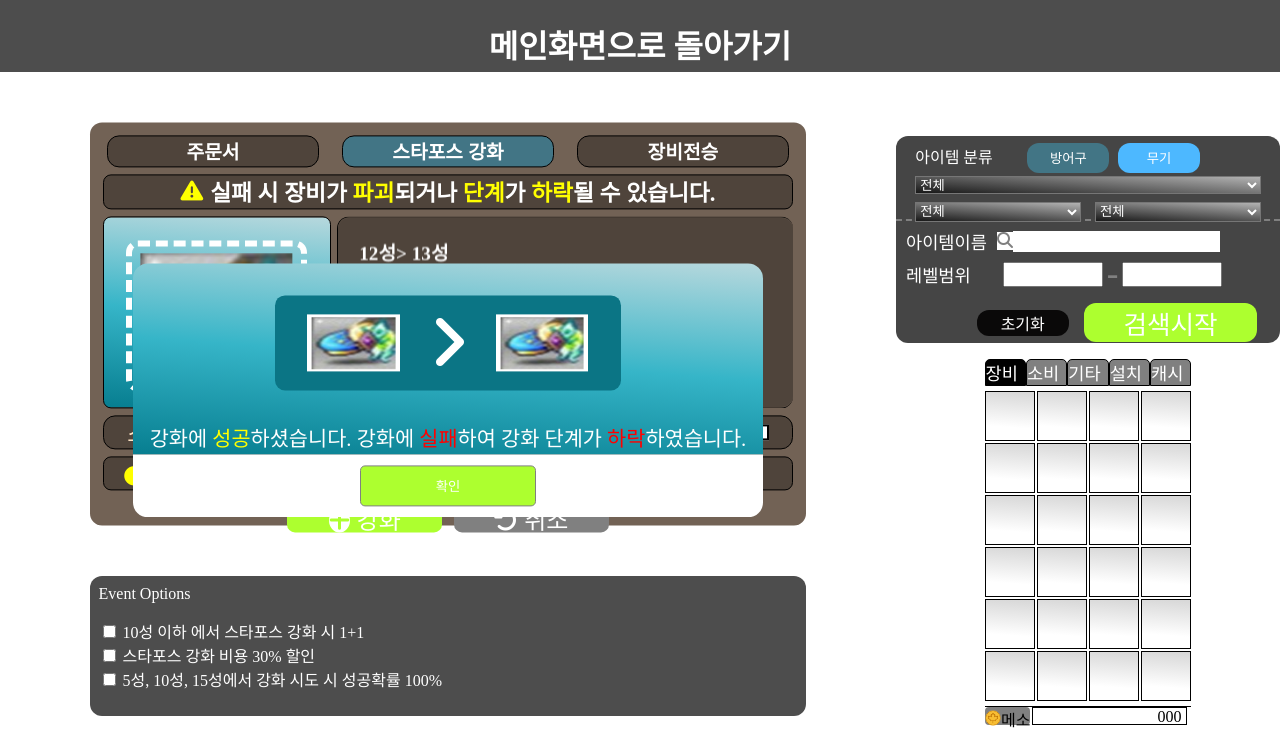
Repository: Unique0902/maple-sim
Page: starsim.html
The author's editor kept a copy of each file at every save. The page is drawn from the files as they stood at one save, then again after the next save.
The browser window is 1280 px wide. The pictures show the whole page.
Some web libraries are served in a nearby version.

Above is the page before, as saved 2022-07-19 00:43:02.

### starsim.html
<!DOCTYPE html>
<html>
  <head>
    <meta charset="utf-8" />
    <script src="https://cdn.jsdelivr.net/npm/sweetalert2@9"></script>
    <link rel="stylesheet" href="starCatchFrame.css" />
    <title>스타포스 시뮬레이터</title>
    <script
      src="https://kit.fontawesome.com/5e90eb26c9.js"
      crossorigin="anonymous"
    ></script>
    <link rel="stylesheet" href="starsim_style.css" />
    <script src="starForceLogic.js" defer></script>
    <script src="starsim_main.js" defer></script>
  </head>
  <body>
    <header>
      <a href="index.html" class="header__anchor"
        ><h1>메인화면으로 돌아가기</h1></a
      >
    </header>
    <main>
      <section class="reinforceWindow">
        <div class="reinforceBox">
          <div class="renforceBox__outerBox none">
            <div class="reinforceBox__borderBox">
              <img
                src="picture/drag.png"
                alt="dragout"
                class="reinforceBox__img"
              />
              <p class="reinforceBox__description">
                강화할 장비를<br />올려주세요.
              </p>
            </div>
          </div>
          <div class="starforceBox ">
            <div class="starforceBox__reinforceSelects">
              <button class="starforceBox__reinforceSelect">
                주문서
              </button>
              <button class="starforceBox__reinforceSelect selected">
                스타포스 강화
              </button>
              <button class="starforceBox__reinforceSelect">
                장비전승
              </button>
            </div>
            <div class="starforceBox__alertBox">
              <i class="fa-solid fa-triangle-exclamation"></i>
              <span class="alertBox__description">
                실패 시 장비가 <span class="yellow">파괴</span>되거나 <span class="yellow">단계</span>가 <span class="yellow">하락</span>될 수 있습니다.
              </span>
            </div>
            <div class="starforceBox__mainItemBlock">
              <div class="mainItemBlock__itemView">
                <div class="mainItemBlock__detailStarforce">
                  <div class="detailStarforce__lineRight"></div>
                  <div class="detailStarforce__text">10성+</div>
                  <div class="detailStarforce__lineLeft"></div>
                </div>
                <div class="mainItemBlock__borderBlock">
                  <img src="picture/archer_hat_150.jpg" alt="" class="mainItemBlock__itemImg">
                </div>
              </div>
              <div class="mainItemBlock__reinforceDescription">
                <span id="beforeStar">12</span>성> <span id="nextStar">13</span>성<br>
                성공확률: <span id="successPer">40.0</span>%<br>
                실패(<span id="minOrMain">하락</span>)확률: <span id="failPer">40.0</span>%<br>
                <span id="destroyed">파괴확률: <span id="destroyPer">40.0</span>%<br></span>
                <br>
                <span id="str">STR: +<span id="strStat">3</span><br></span>
                <span id="dex">DEX: +<span id="dexStat">3</span><br></span>
                <span id="int">INT: +<span id="intStat">3</span><br></span>
                <span id="luk">LUK: +<span id="lukStat">3</span><br></span>
                <span id="attack">공격력: +<span id="attackStat">3</span><br></span>
                <span id="magic">마력: +<span id="magicStat">3</span><br></span>
                <span id="maxHp">최대 HP: +<span id="maxHpStat">5</span><br></span>
                <span id="maxMp">최대 MP: +<span id="maxMpStat">5</span><br></span>
                <span id="defense">방어력: +<span id="defenseStat">5</span><br></span>
                <span id="speed">이동속도: +<span id="speedStat">5</span><br></span>
                <span id="jump">점프력: +<span id="jumpStat">5</span><br></span>
              </div>
            </div>
            <div class="starforceBox__starforceOptions">
              <div class="starforceOption">
                <span class="starforceOption__title">스타캐치 해제</span>
                <input type="checkbox" name="unlockStarcatch" class="starforceOption__checkBox" id="unlockStarcatch">
                <label for="unlockStarcatch"></label>
              </div>
              <div class="starforceOption">
                <span class="starforceOption__title">파괴방지</span>
                <input type="checkbox" name="preventDestruction" class="starforceOption__checkBox" id="preventDestruction">
                <label for="preventDestruction"></label>
              </div>
            </div>
            <div class="starforceBox__necessaryMoneyBlock">
              <div class="necessaryMoneyBlock__titleBox">
                <i class="fa-solid fa-circle"></i>
                <span class="necessaryMoneyBlock__title">필요한 메소:</span>
              </div>
              <div class="necessaryMoneyBlock__leftMoney">10,000</div>
            </div>
            <div class="starforceBox__reinforceBtns">
              <button class="starforceBox__reinforceBtn">
                <i class="fa-solid fa-plus"></i>
                <span class="reinforceBtn__title">강화</span>
              </button>
              <button class="starforceBox__cancelBtn">
                <i class="fa-solid fa-rotate-left"></i>
                <span class="cancelBtn__title">취소</span>
              </button>
            </div>
          </div>
          <div class="reinforceAdditionBox none">
            <div class="reinforceAdditionBox__descriptionBlock">
              <div class="reinforceAdditionBox__description">
                <span id="addition__moneyText">10000</span> 메소<br>
                <br>
                <span id="addition__diminishText">강화 실패 시 강화 단계가 하락됩니다.<br></span>
                <span id="addition__destroyAndDiminishText">강화 실패 시 장비가 파괴되거나<br>
                강화 단계가 하락될 수 있습니다.<br>
                </span>
                <span id="addition__destroyText">강화 실패 시 장비가 파괴될 수 있습니다.<br></span>
                <span id="addition__reinforceTryText">강화를 시도하시겠습니까?</span>
              </div>
            </div>
            <div class="reinforceAdditionBox__buttonsBlock">
              <button class="reinforceAdditionBox__confirmBtn">
                확인
              </button>
              <button class="reinforceAdditionBox__cancelBtn">
                취소
              </button>
            </div>
          </div>
          <div class="reinforceResultBox ">
            <div class="reinforceResultBox__mainBlock">
              <div class="reinforceResultBox__imgChangeBlock">
                <div class="imgChangeBlock__beforeBlock">
                  <img src="picture/archer_hat_150.jpg" class="beforeImg" alt="">
                </div>
                <i class="fa-solid fa-angle-right"></i>
                <div class="imgChangeBlock__afterBlock">
                  <img src="picture/archer_hat_150.jpg" class="afterImg" alt="">
                </div>
              </div>
              <div class="reinforceResultBox__description">
                <span id="resultSuccessText">강화에 <span id="yellow">성공</span>하셨습니다.</span>
                <span id="resultFailText">강화에 <span id="red">실패</span>하여 강화 단계가 <span id="red">하락</span>하였습니다.</span>
              </div>
            </div>
            <div class="reinforceResultBox__buttonsBlock">
              <button class="reinforceResultBox__confirmBtn">
                확인
              </button>
            </div>
          </div>
        </div>
      </section>
      <aside>
        <section class="itemSelectWindow">
          <div class="itemSelctWindow__optionSelect">
            <div class="optionSelect__header">
              <div class="optionSelect__title">아이템 분류</div>
              <div class="optionSelct__buttons">
                <button class="clothBtn selected">방어구</button>
                <button class="weaponBtn">무기</button>
              </div>
            </div>
            <div class="itemSlectWindow__selects">
              <div class="jobOption">
                <select name="job" id="job">
                        <option>전체</option>
                        <option>전사</option>
                        <option>마법사</option>
                        <option>궁수</option>
                        <option>도적</option>
                        <option>해적</option>
                </select>
            </div>
            <div class="itemOptions">
                <div class="itemType">
                    <select name="itemType" id="itemType">
                        <option selected>전체</option>
                        <option>방어구</option>
                        <option>장신구</option>
                        <option>기타</option>
                    </select>
                </div>
                <div class="bodyPartOption">
                    <select name="bodyPart" id="bodyPart">
                        <option selected>전체</option>
                    </select>
                </div>
            </div>
            </div>

          </div>
          <div class="line"></div>
          <div class="itemSelectWindow__nameSearch">
            <label class="nameSearch__title">아이템이름</label>
              <span class="nameSearch__searchImg"><i class="fa-solid fa-magnifying-glass"></i></span>
            <input type="search" maxlength="30" class="nameSearch__searchBlock"></input>
          </div>
          <div class="itemSelectWindow__levelLimit">
            <label class="levelLimit__title">레벨범위</label>
            <div class="levelLimit__option">
              <input type="number" class="levelLimit__frontLevel">
              <span class="levelLimit__borderline">-</span>
              <input type="number" class="levelLimit__backLevel">
            </div>
          </div>
          <div class="searchBtns">
            <button class="searchClearBtn">초기화</button>
            <button class="searchStartBtn">검색시작</button>
          </div>
        </section>
        <section class="itemWindow">
          <ul class="itemDivisions">
            <li class="itemDivision sel">장비</li>
            <li class="itemDivision">소비</li>
            <li class="itemDivision">기타</li>
            <li class="itemDivision">설치</li>
            <li class="itemDivision">캐시</li>
          </ul>
          <div class="itemWindow__items">
            <table class="items__table">

              <tbody>
                <tr id="tr1">
                  <td class="tr1" id="td1"></td>
                  <td class="tr1" id="td2"></td>
                  <td class="tr1" id="td3"></td>
                  <td class="tr1" id="td4"></td>
                </tr>
                <tr id="tr2">
                  <td class="tr2" id="td1"></td>
                  <td class="tr2" id="td2"></td>
                  <td class="tr2" id="td3"></td>
                  <td class="tr2" id="td4"></td>
                </tr>
                <tr id="tr3">
                  <td class="tr3" id="td1"></td>
                  <td class="tr3" id="td2"></td>
                  <td class="tr3" id="td3"></td>
                  <td class="tr3" id="td4"></td>
                </tr>
                <tr id="tr4">
                  <td class="tr4" id="td1"></td>
                  <td class="tr4" id="td2"></td>
                  <td class="tr4" id="td3"></td>
                  <td class="tr4" id="td4"></td>
                </tr>
                <tr id="tr5">
                  <td class="tr5" id="td1"></td>
                  <td class="tr5" id="td2"></td>
                  <td class="tr5" id="td3"></td>
                  <td class="tr5" id="td4"></td>
                </tr>
                <tr id="tr6">
                  <td class="tr6" id="td1"></td>
                  <td class="tr6" id="td2"></td>
                  <td class="tr6" id="td3"></td>
                  <td class="tr6" id="td4"></td>
                </tr>
              </tbody>
            </table>
          </div>
          <div class="itemWindow__moneyBlock">
            <span class="moneyBlock__title"
              ><img src="picture/mapleCoin-removebg-preview.png" alt="meso" class="mesoImg" />메소</span
            >
            <span class="moneyBlock__nowMoney">000</span>
          </div>
          <div class="followedItemBox">

          </div>
        </section>
      </aside>
    </main>
    <footer>
      <section class="optionWindow">
        <div class="optionWindow__title">
          Event Options
        </div>
        <ul class="reinforceEvents">
          <li class="reinforceEvent">
            <input type="checkbox" id="onePlusOne">
            <label for="onePlusOne" class="onePLusOne_label">10성
               이하 에서 스타포스 강화 시 1+1
              </label>
              </li>
              <li class="reinforceEvent">
                <input type="checkbox" id="onePlusOne">
                <label for="onePlusOne" class="onePLusOne_label">스타포스
                   강화 비용 30% 할인
                  </label>
                  </li>
                  <li class="reinforceEvent">
                    <input type="checkbox" id="onePlusOne">
                    <label for="onePlusOne" class="onePLusOne_label">5성, 10성, 15성에서 강화 시도 시 성공확률 100%
                      </label>
                      </li>
        </ul>
      </section>
    </footer>
    <section class="searchedPageWindow none">
      <div class="searchedPageWindow__header">
        <div class="searchedPageWindow__title">
          | 검색결과
        </div>
        <button class="searchedPageWindow__previousBtn"><</button>
        <div class="searchedPageWindow__pageInformation">0 / 0</div>
        <button class="searchedPageWindow__nextBtn">></button>
        <button class="searchedPageWindow__cancelBtn">X</button>
      </div>
      <div class="searchedPageWindow__itemTableSubBlock">
        <div class="itemTableSubBlock__itemName">
          아이템 이름
        </div>
        <div class="itemTableSubBlock__levelLimit">
          레벨 제한
        </div>
      </div>
      <div class="searchedPageWindow__itemTable">

      </div>
    </section>
  </body>
</html>

### starCatchFrame.css
@-webkit-keyframes move{
  from{
    top: 345px;
    left: 140px;
  }
  to{
    top: 345px;
    left: 490px;
  }
}
#starCatchFailedImage{
  display: none;
  position: relative;
  z-index: 4;
  height: 65px;
  width: 200px;
  bottom: 30px;
  left: 180px;
}
#starCatchSuccessImage{
  display: none;
  position: relative;
  z-index: 4;
  height: 65px;
  width: 200px;
  bottom: 30px;
  left: 180px;
}
#starCatchStartImage{
  display: none;
  position: relative;
  z-index: 3;
  height: 250px;
  width: 350px;
  bottom: 180px;
  left: 60px;
}
#starCatch5secondImage, #starCatch4secondImage, #starCatch3secondImage, #starCatch2secondImage, #starCatch1secondImage{
  display: none;
  position: relative;
  z-index: 3;
  height: 200px;
  width: 200px;
  bottom: 300px;
  left: 160px;
}
#starForceSuccessImage, #starForceFailedImage{
  display: none;
  position: relative;
  z-index: 4;
  height: 200px;
  width: 200px;
  bottom: 350px;
  left: 160px;
}
#starCatchGrid{
  display= grid;
  position: relative;
  z-index: 2;
  grid-template-columns: 1fr;
   grid-template-rows: 2fr 6fr 1fr 1fr;
   background-color: black;
   width:500px;
   bottom: 350px;
}
#tel{
  margin-left: 50px;
  height: 40px;
  width: 400px;
  background-color:#1E3269;
}

#starstar{
  position:absolute;
  top: 70px;
  left:100px;
  width:40px;
  height:40px;
  margin-left:-90px;
  animation: move 2s alternate both infinite running;

}
#targetZone{
  margin-left: 155px;
  background-color: #FFAA28;
  height: 40px;
  width: 80px;
}

#backback{
  background-color: skyblue;
  width: 300px;
  height: 300px;
  margin-left: 100px;

}
#description{
  background-color: white;
  border: 1px solid black;
  width: 500px;
}
#picturesajin{
  width: 200px;
  height: 200px;
  margin-top: 50px;
  margin-left: 50px;
}
#button{
  width: 116px;
      height: 46px;
}

Loaded but not shown: starsim_main.js (2035 lines, source omitted); starForceLogic.js (584 lines, source omitted); starsim_style.css (954 lines, source omitted)

After the next save:
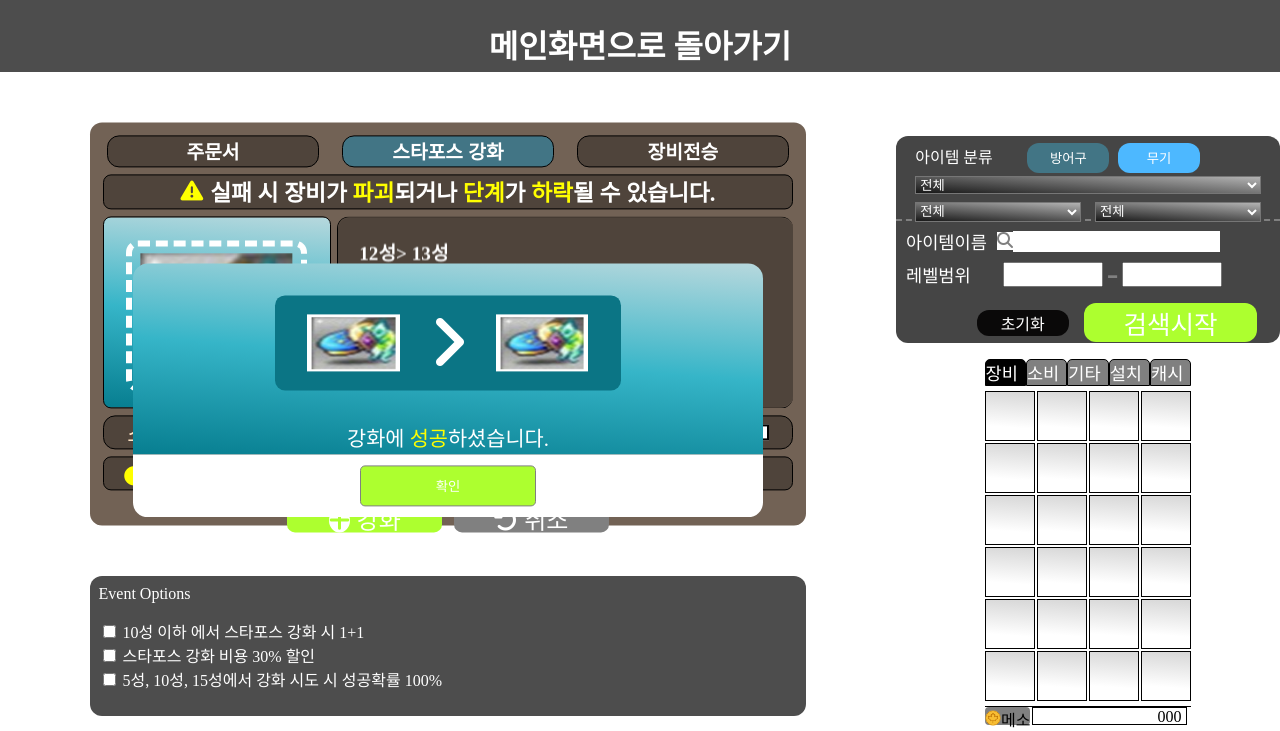
Saved 17 s later.
--- a/starsim.html
+++ b/starsim.html
@@ -147,7 +147,7 @@
               </div>
               <div class="reinforceResultBox__description">
                 <span id="resultSuccessText">강화에 <span id="yellow">성공</span>하셨습니다.</span>
-                <span id="resultFailText">강화에 <span id="red">실패</span>하여 강화 단계가 <span id="red">하락</span>하였습니다.</span>
+                <span id="resultFailText" class="none">강화에 <span id="red">실패</span>하여 강화 단계가 <span id="red">하락</span>하였습니다.</span>
               </div>
             </div>
             <div class="reinforceResultBox__buttonsBlock">
